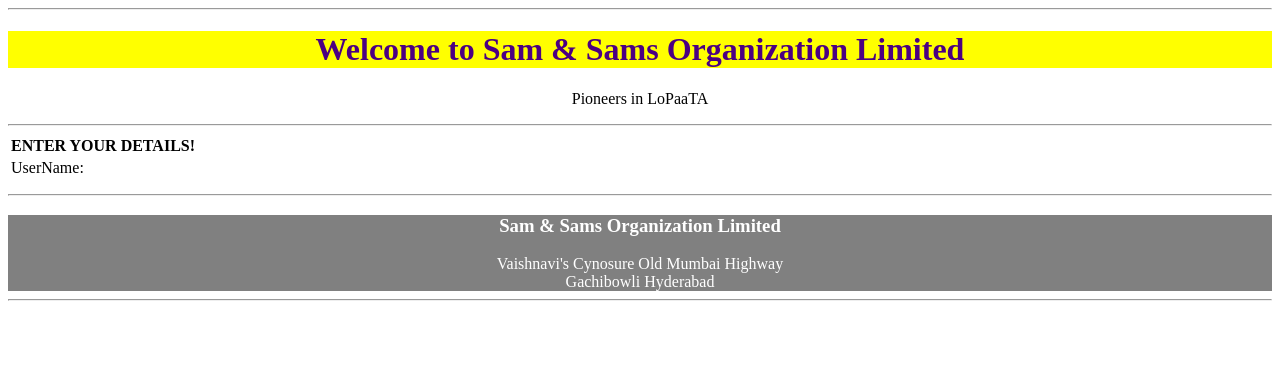
Repository: somnath0796/DeveloperMaterials
Page: http://localhost/JspApp/signup.jsp
These files come from the project's save history. The page is drawn as it stood at one moment and after the next save; the edit follows.
The browser window is 1280 px wide. The pictures show the whole page.
The page is served by Tomcat 9. Other server files are loaded and not shown.

Above is the page before, as saved 2018-02-02 09:25:53.

### JspApp/WebContent/signup.jsp
<%@ page language="java" contentType="text/html; charset=ISO-8859-1"
    pageEncoding="ISO-8859-1"%>
<!DOCTYPE html PUBLIC "-//W3C//DTD HTML 4.01 Transitional//EN" "http://www.w3.org/TR/html4/loose.dtd">
<html>
<head>
<meta http-equiv="Content-Type" content="text/html; charset=ISO-8859-1">
<title>Register Yourself!</title>
</head>
<body>
	<%@ include file="header.jsp"%>
	<table>
	<form>
		<thead>
			<tr>	<th> ENTER YOUR DETAILS! </th>
			</tr>
		</thead>
		<tr>
			<td>UserName: </td><td>
		</tr>
		<tr></tr>
		<tr></tr>
		<tr></tr>
	</form>
	</table>
	<%@ include file="footer.jsp"%>
</body>
</html>

### JspApp/WebContent/header.jsp
<hr style="color:Red">
<center>
<h1 style="color: Indigo; background-color: Yellow;"><b> Welcome to Sam & Sams Organization Limited</b></h1>
<p> Pioneers in LoPaaTA</p>
</center>

<hr style="color: Magenta">

### JspApp/WebContent/footer.jsp
<hr>
<center style="background-color: grey; color:white;">
<h3> Sam & Sams Organization Limited </h3>
Vaishnavi's Cynosure Old Mumbai Highway <br/>
Gachibowli Hyderabad<br/>
</center>
<hr>

After the next save:
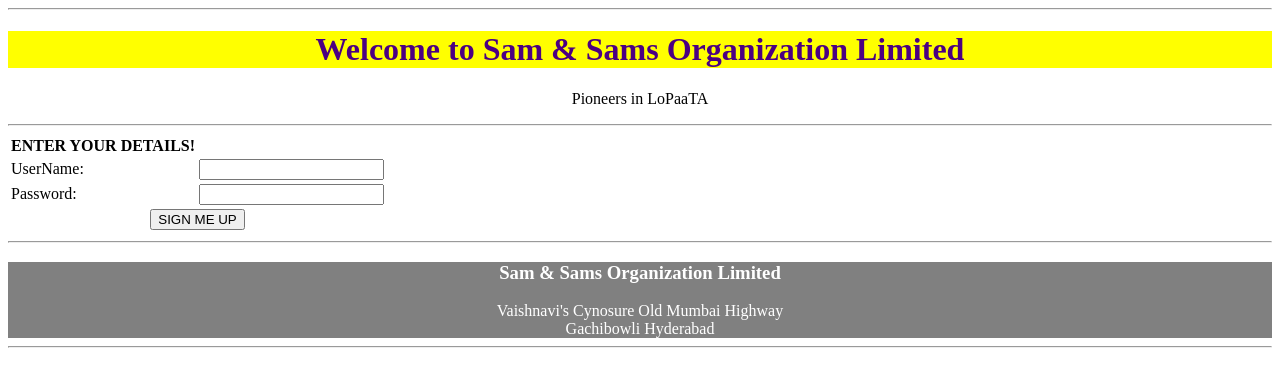
Saved 2 min 23 s later.
--- a/JspApp/WebContent/signup.jsp
+++ b/JspApp/WebContent/signup.jsp
@@ -9,17 +9,21 @@
 <body>
 	<%@ include file="header.jsp"%>
 	<table>
-	<form>
+	<form method = "post" action = "SignupServlet">
 		<thead>
 			<tr>	<th> ENTER YOUR DETAILS! </th>
 			</tr>
 		</thead>
 		<tr>
-			<td>UserName: </td><td>
+			<td>UserName: </td><td><input type="text"></td>
 		</tr>
-		<tr></tr>
-		<tr></tr>
-		<tr></tr>
+		<tr>
+			<td>Password: </td><td><input type="password"></td>
+		</tr>
+		<tr>
+			<td colspan="2" align="center"><input type="submit" value = "SIGN ME UP"> </td>
+		</tr>
+
 	</form>
 	</table>
 	<%@ include file="footer.jsp"%>
